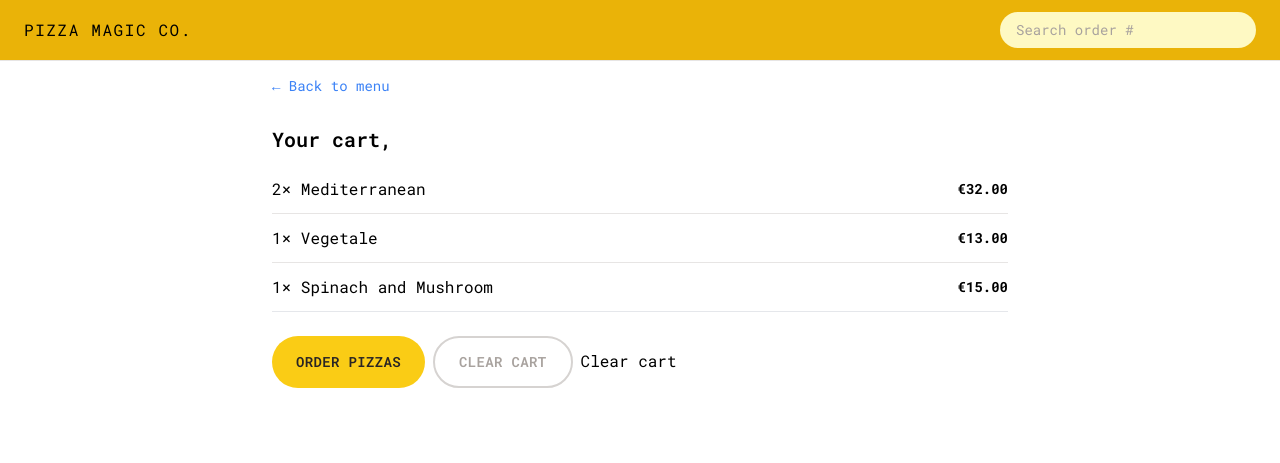
Repository: SyLe-Van/The-Pizza-Magic-web
Page: /cart
An editor plug-in stored every save of this project. The page is shown before and after the next save, followed by the edit.
The browser window is 1280 px wide. The pictures show the whole page.
The project was rebuilt for these pictures with package versions that can differ from the ones it lists, and the page was loaded fresh each time. Also part of the build but not shown: vite.config.js, src/features/user/CreateUser.jsx, src/ui/Home.jsx, src/features/cart/CartOverview.jsx, src/features/user/Username.jsx, src/ui/Loader.jsx, src/services/apiRestaurant.js, src/features/menu/Menu.jsx and 4 more. Imported but missing from the stored project, and not drawn on this page: src/features/menu/MenuItem.

Above is the page before, as saved 2024-07-29 00:17:13.

### index.html
<!doctype html>
<html lang="en">
  <head>
    <meta charset="UTF-8" />
    <link rel="icon"
      href="data:[embedded picture, 141 characters]">

    <meta name="viewport" content="width=device-width, initial-scale=1.0" />
    <link rel="preconnect" href="https://fonts.googleapis.com">
    <link rel="preconnect" href="https://fonts.gstatic.com" crossorigin>
    <link href="https://fonts.googleapis.com/css2?family=Roboto+Mono:ital,wght@0,100..700;1,100..700&display=swap"
      rel="stylesheet">
    <title>Pizza Magic</title>
  </head>
  <body clas="bg-stone-100 text-stone-700">
    <div id="root"></div>
    <script type="module" src="/src/main.jsx"></script>
  </body>
</html>

### src/main.jsx
import React from 'react'
import ReactDOM from 'react-dom/client'
import App from './App.jsx'
import store from './store'
import { Provider } from 'react-redux'
import './index.css'
ReactDOM.createRoot(document.getElementById('root')).render(
  <React.StrictMode>
    <Provider store={store}>
      <App />
    </Provider>
  </React.StrictMode>,
)

### src/App.jsx
import {RouterProvider, createBrowserRouter } from "react-router-dom"
import Home from "./ui/Home"
import AppLayout from "./ui/AppLayout"
import Menu, {loader as menuLoader} from "./features/menu/Menu"
import Cart from "./features/cart/Cart"
import Error from "./ui/Error"
import CreateOrder, {action as CreateOrderAction} from "./features/order/CreateOrder"
import Order, {loader as orderLoader} from "./features/order/Order"
const router = createBrowserRouter([
  {
    element: <AppLayout />,
    errorElement: <Error />,
    children: [
      {
        path: "/",
        element: <Home />
      },
      {
        path: "/menu",
        element: <Menu />,
        loader: menuLoader,
        errorElement: <Error />,
      },
      {
        path: "/cart",
        element: <Cart />
      },
      {
        path: "/order/new",
        element: <CreateOrder />,
        action: CreateOrderAction,
      },
      {
        path: "/order/:orderId",
        element: <Order />,
        loader: orderLoader,
        errorElement: <Error />,
      }
    ]
  },


])

export default function App() {
  return <RouterProvider router={router} />
}

### src/store.js
import { configureStore } from "@reduxjs/toolkit";
import userReducer from "./features/user/userSlice";
import cartReducer from "./features/cart/cartSlice";
const store = configureStore({
  reducer: {
    user: userReducer,
    cart: cartReducer,
  },
});

export default store;

### src/index.css
@tailwind base;
@tailwind components;
@tailwind utilities;

@layer components {
  .input{
    @apply
      rounded-full
       md:px-6 md:py-3
        focus:ring
        focus:ring-yellow-400
         focus:outline-none
          border
           border-stone-200
             px-4 py-2
            text-sm transition-all
             duration-300
              placeholder:text-stone-400
               bg-slate-300

  }
    .loader {
      width: 45px;
      aspect-ratio: 0.75;
      --c: no-repeat linear-gradient(theme(colors.stone.800) 0 0);
      background: var(--c) 0% 50%, var(--c) 50% 50%, var(--c) 100% 50%;
      background-size: 20% 50%;
      animation: loading 1s infinite linear;
    }

    @keyframes loading {
      20% {
        background-position: 0% 0%, 50% 50%, 100% 50%;
      }

      40% {
        background-position: 0% 100%, 50% 0%, 100% 50%;
      }

      60% {
        background-position: 0% 50%, 50% 100%, 100% 0%;
      }

      80% {
        background-position: 0% 50%, 50% 50%, 100% 100%;
      }
    }
}
/* body {
  font-family: system-ui, -apple-system, BlinkMacSystemFont, 'Segoe UI', Roboto,
    Oxygen, Ubuntu, Cantarell, 'Open Sans', 'Helvetica Neue', sans-serif;
  background-color: #f7f7f7;
  color: #444;
}

.layout {
  display: grid;
  grid-template-rows: auto 1fr auto;
  gap: 32px;
  height: 100dvh;

} */

/* https://dev.to/afif/i-made-100-css-loaders-for-your-next-project-4eje */

### src/ui/AppLayout.jsx
import { Outlet, useNavigation } from "react-router-dom";
import CartOverview from "../features/cart/CartOverview";
import Header from "./Header";
import Loader from "./Loader";
export default function AppLayout() {
    const navigation = useNavigation()
    const isLoading = navigation.state === "loading"
    return (
        <div className="grid h-screen grid-rows-[auto_1fr_auto]">
            {isLoading && <Loader />}
            <Header />
            <div className="overflow-scroll">
                <main className="mx-auto max-w-3xl ">
                    <Outlet />
                </main>
            </div>
            <CartOverview />
        </div>
    )
}

### src/features/cart/Cart.jsx
import { Link } from 'react-router-dom';
import LinkButton from '../../ui/LinkButton';
import Button from '../../ui/Button';
import CartItem from './CartItem';
import { useSelector } from 'react-redux';
const fakeCart = [
  {
    pizzaId: 12,
    name: 'Mediterranean',
    quantity: 2,
    unitPrice: 16,
    totalPrice: 32,
  },
  {
    pizzaId: 6,
    name: 'Vegetale',
    quantity: 1,
    unitPrice: 13,
    totalPrice: 13,
  },
  {
    pizzaId: 11,
    name: 'Spinach and Mushroom',
    quantity: 1,
    unitPrice: 15,
    totalPrice: 15,
  },
];

function Cart() {
    const username = useSelector(state => state.user.username);

  const cart = fakeCart;

  return (
    <div className='py-3 px-4 '>
      <LinkButton to="/menu">&larr; Back to menu</LinkButton>
      <h2 className='mt-7 text-xl font-semibold'>Your cart, {username}</h2>
      <ul className='divide-y divide-stone-200 border-b mt-3'>
        {cart.map(item => <CartItem item={item} key={item.key} />)}
      </ul>
      <div className='mt-6 space-x-2'>
        <Button type="primary" to="/order/new">Order pizzas</Button>

        <Button type="secondary">Clear cart</Button>
        <button>Clear cart</button>
      </div>
    </div>
  );
}

export default Cart;

### src/features/user/userSlice.js
// function getPosition() {
//   return new Promise(function (resolve, reject) {
//     navigator.geolocation.getCurrentPosition(resolve, reject);
//   });
// }

// async function fetchAddress() {
//   // 1) We get the user's geolocation position
//   const positionObj = await getPosition();
//   const position = {
//     latitude: positionObj.coords.latitude,
//     longitude: positionObj.coords.longitude,
//   };

//   // 2) Then we use a reverse geocoding API to get a description of the user's address, so we can display it the order form, so that the user can correct it if wrong
//   const addressObj = await getAddress(position);
//   const address = `${addressObj?.locality}, ${addressObj?.city} ${addressObj?.postcode}, ${addressObj?.countryName}`;

//   // 3) Then we return an object with the data that we are interested in
//   return { position, address };
// }
import { createSlice } from "@reduxjs/toolkit";

const initialState = {
  username: "",
};
const userSlice = createSlice({
  name: "user",
  initialState,
  reducers: {
    updateName(state, action) {
      state.username = action.payload;
    },
  },
});

export const { updateName } = userSlice.actions;

export default userSlice.reducer;

### src/features/cart/cartSlice.js
import { createSlice } from "@reduxjs/toolkit";
const initialState = {
  cart: [
    // {
    //   pizzaId: 12,
    //   name: "Mediterranean",
    //   quantity: 2,
    //   unitPrice: 16,
    //   totalPrice: 32,
    // },
    // {
    //   pizzaId: 6,
    //   name: "Vegetale",
    //   quantity: 1,
    //   unitPrice: 13,
    //   totalPrice: 13,
    // },
    // {
    //   pizzaId: 11,
    //   name: "Spinach and Mushroom",
    //   quantity: 1,
    //   unitPrice: 15,
    //   totalPrice: 15,
    // },
  ],
};

const cartSlice = createSlice({
  name: "cart",
  initialState,
  reducer: {
    addItem(state, action) {
      state.cart.push(action.payload);
    },
    deleteItem(state, action) {
      state.cart = state.cart.filter((item) => item.pizzaId !== action.payload);
    },
    increaseItemQuantity(state, action) {
      const item = state.cart.find((item) => item.pizzaId === action.payload);
      item.quantity++;
      item.totalPrice = item.unitPrice * item.quantity;
    },
    decreaseItemQuantity(state, action) {
      const item = state.cart.find((item) => item.pizzaId === action.payload);
      item.quantity--;
      item.totalPrice = item.unitPrice * item.quantity;
    },
    clearCart(state, action) {
      state.cart = [];
    },
  },
});

export const {
  addItem,
  deleteItem,
  increaseItemQuantity,
  decreaseItemQuantity,
  clearCart,
} = cartSlice.actions;

export default cartSlice.reducer;

export const getTotalCartQuantity = (state) =>
  state.cart.cart.reduce((sum, item) => sum + item.quantity, 0);

export const getTotalCartPrice = (state) =>
  state.cart.cart.reduce((sum, item) => sum + item.totalPrice, 0);

### src/ui/Button.jsx
import { Link } from "react-router-dom";
function Button({ children, disabled, to, onClick , type}) {

    const base = "bg-yellow-400 text-sm focus:outline-none focus:ring-offset-2 focus:ring focus:ring-yellow-300 focus:bg-yellow-300 duration-300 transition-colors uppercase font-semibold   text-stone-800 inline-block  tracking-wide rounded-full hover:bg-yellow-300 disabled:cursor-not-allowed "
    const styles = {
        secondary: "focus:outline-none text-sm hover:text-stone-800 border-2 py-2.5 px-4 md:px-6 md:py-3.5 border-stone-300 focus:ring-offset-2 focus:ring focus:ring-stone-200 focus:bg-stone-300 duration-300 transition-colors uppercase font-semibold   text-stone-400 inline-block  tracking-wide rounded-full hover:bg-stone-300 disabled:cursor-not-allowed ",
        primary: base + "py-3 px-4  md:px-6 md:py-4",
        small: base + "px-4 py-2 md:px-5 md:py-2.5 text-xs"
    }
    if (to) {
        return <Link className={styles[type]} to={to}>{children}</Link>
    }
    if (onClick) {
        return (<button onClick={onClick} disabled={disabled} className={styles[type]}>
                {children} </button>)
    }
    return <button disabled={disabled} className={styles[type]}>
      {children}
  </button>
}
export default Button;

### src/ui/Header.jsx
import { Link } from "react-router-dom";
import Username from "../features/user/Username";
import SearchOrder from "../features/order/SearchOrder";

export default function Header() {
    return (
        <header className="bg-yellow-500  flex items-center justify-between uppercase py-3 px-4 border-b border-stone-200 sm:px-6">
            <Link className="tracking-widest" to="/">Pizza Magic Co.</Link>
            <SearchOrder />

            <Username />

        </header>
    )
}

### src/ui/LinkButton.jsx
import {Link, useNavigate } from 'react-router-dom';
function LinkButton({ children, to }) {
    const navigatate = useNavigate();
    const className = "text-sm text-blue-500 hover:text-blue-600 hover:underline"
    if(to === '-1') {
        return (
            <button className={className} onClick={() => navigatate(-1)}>
            {children}
          </button>
        );
    }
  return (
      <Link to={to} className={className}>
          {children}
    </Link>
  );
}

export default LinkButton;

### src/features/cart/CartItem.jsx
import Button from "../../ui/Button";
import { formatCurrency } from "../../utils/helpers";
function CartItem({ item }) {
  const { pizzaId, name, quantity, totalPrice } = item;

  return (
    <li className="py-3 sm:flex sm:items-center sm:justify-between ">
      <p className="mb-1 sm:mb-0">
        {quantity}&times; {name}
      </p>
      <div className="flex justify-between sm:gap-6 items-center">
        <p className="text-sm font-bold">{formatCurrency(totalPrice)}</p>
      </div>
    </li>
  );
}

export default CartItem;

### src/features/order/SearchOrder.jsx
import {useState} from 'react';
import { useNavigate } from 'react-router-dom';
export default function SearchOrder() {
    const [query, setQuery] = useState("");
    const navigate = useNavigate()

    function handleSubmit(e) {
        e.preventDefault();
        if (!query) return;
        navigate('/order/' + query)
        setQuery("")
    }
    return (
        <form onSubmit={handleSubmit}>
            <input  placeholder="Search order #"
                value={query}
                onChange={e => setQuery(e.target.value)}
                className='w-28 transition-all duration-300 focus:ring-opacity-50 rounded-full bg-yellow-100 px-4 py-2 text-sm placeholder:text-stone-400 sm:w-64 sm:focus:focus:w-72 focus:outline-none focus:ring focus:ring-yellow-500'
            />
        </form>
    )
}

### tailwind.config.js
/** @type {import('tailwindcss').Config} */
module.exports = {
  content: ["./index.html", "./src/**/*.{html,js,jsx,tsx}"],
  theme: {
    fontFamily: {
      sans: "Roboto Mono, monospace",
    },

    extend: {
      fontSize: {
        huge: ["8rem", { lineHeight: "1" }],
      },
      height: {
        screen: "100dvh",
      },
    },
  },
  plugins: [],
};

### src/features/cart/DeleteItem.js
import Button from "../../ui/Button";
export default function DeleteItem({ item }) {
  return <Button type="small">Remove</Button>;
}

Loaded but not shown: src/utils/helpers.js (common file)

After the next save:
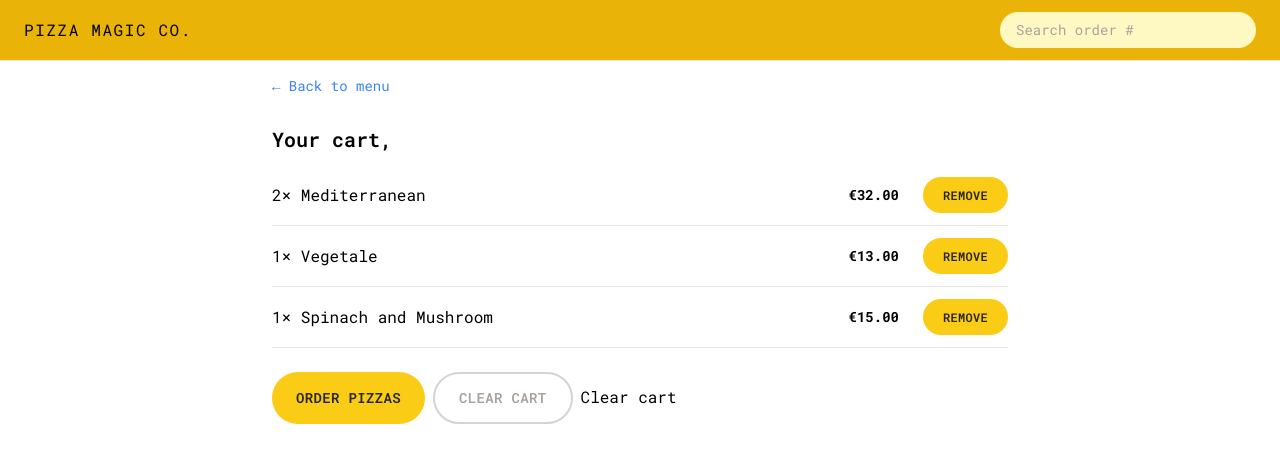
Saved 51 s later.
--- a/src/features/cart/CartItem.jsx
+++ b/src/features/cart/CartItem.jsx
@@ -1,5 +1,6 @@
 import Button from "../../ui/Button";
 import { formatCurrency } from "../../utils/helpers";
+import DeleteItem from "./DeleteItem";
 function CartItem({ item }) {
   const { pizzaId, name, quantity, totalPrice } = item;
 
@@ -10,6 +11,7 @@ function CartItem({ item }) {
       </p>
       <div className="flex justify-between sm:gap-6 items-center">
         <p className="text-sm font-bold">{formatCurrency(totalPrice)}</p>
+        <DeleteItem />
       </div>
     </li>
   );
